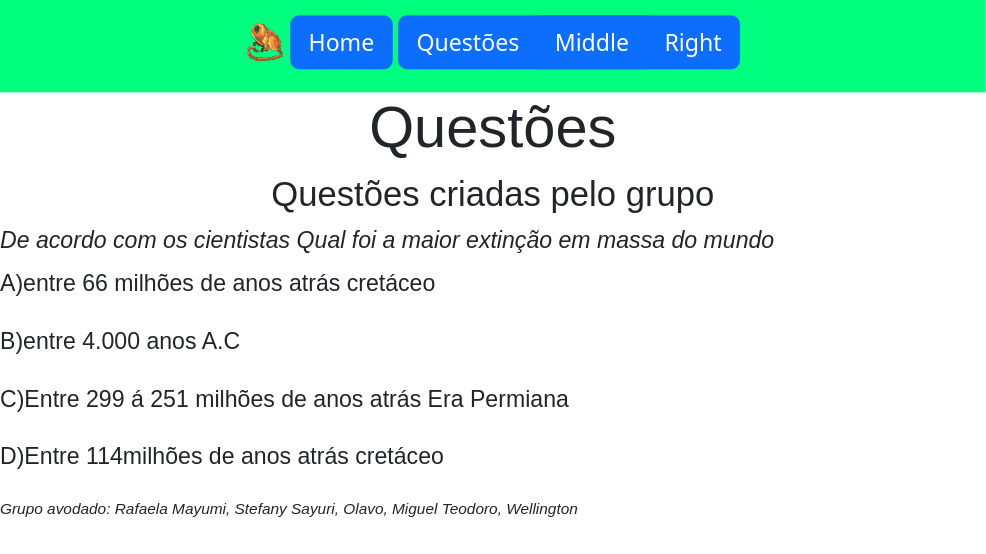
Repository: OlavoSchiavi/Site-de-biologia
Page: quest.html
These files come from the project's save history. The page is drawn as it stood at one moment and after the next save; the edit follows.
The browser window is 1280 px wide. The pictures show the whole page, at 77% of full size.

Above is the page before, as saved 2023-04-18 20:40:05.
Not found: JS/script.js

After the next save:
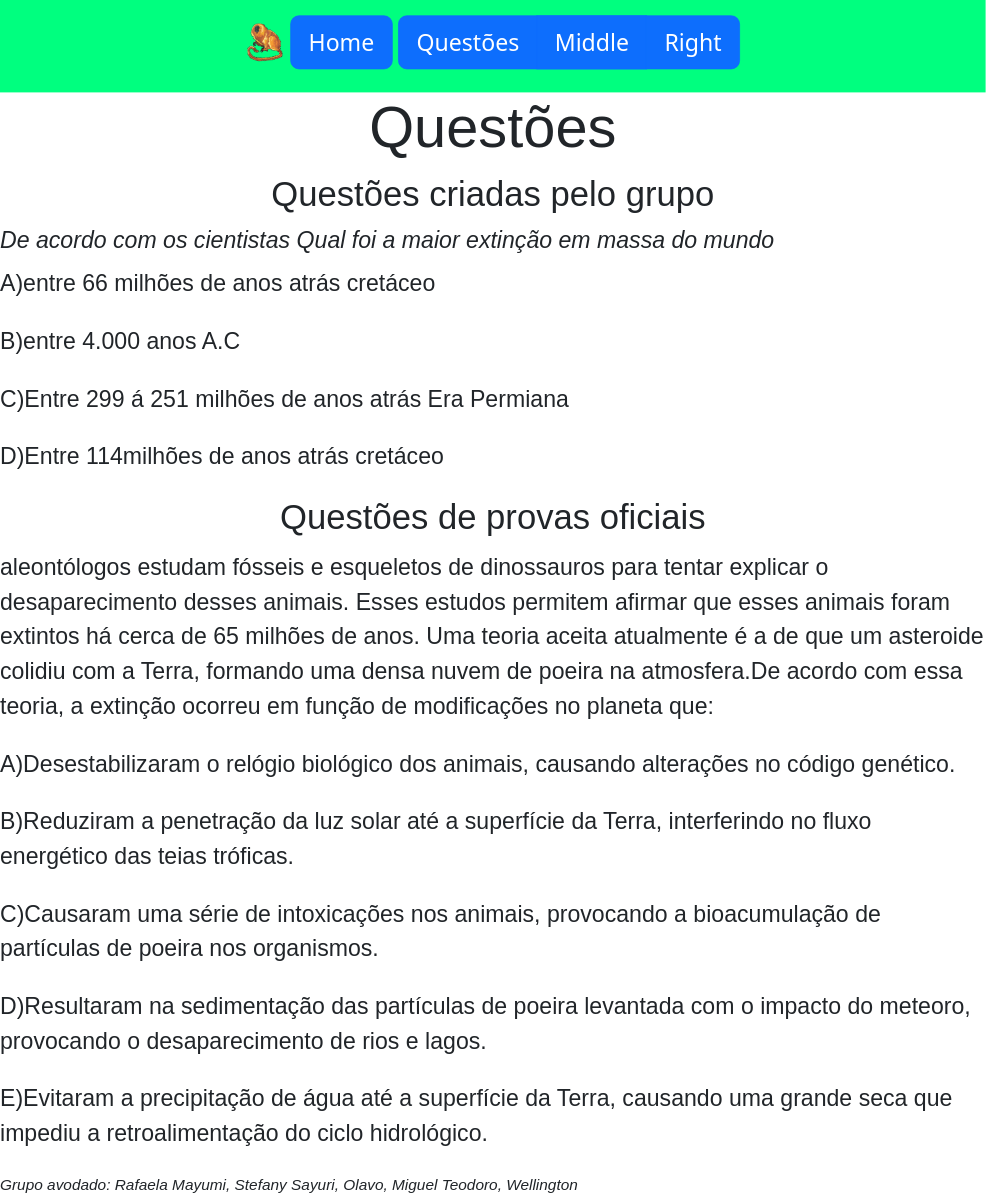
Saved 7 min 55 s later.
--- a/quest.html
+++ b/quest.html
@@ -38,6 +38,14 @@
                 <p>B)entre 4.000 anos A.C</p>
                 <p>C)Entre 299 á 251  milhões de anos atrás Era Permiana</p>
                 <p>D)Entre 114milhões de anos atrás cretáceo</p>
+
+                <h4>Questões de provas oficiais</h4>
+                <p>aleontólogos estudam fósseis e esqueletos de dinossauros para tentar explicar o desaparecimento desses animais. Esses estudos permitem afirmar que esses animais foram extintos há cerca de 65 milhões de anos. Uma teoria aceita atualmente é a de que um asteroide colidiu com a Terra, formando uma densa nuvem de poeira na atmosfera.De acordo com essa teoria, a extinção ocorreu em função de modificações no planeta que:</p>
+                    <p>A)Desestabilizaram o relógio biológico dos animais, causando alterações no código genético.</p>
+                    <p>B)Reduziram a penetração da luz solar até a superfície da Terra, interferindo no fluxo energético das teias tróficas.</p>
+                    <p>C)Causaram uma série de intoxicações nos animais, provocando a bioacumulação de partículas de poeira nos organismos.</p>
+                    <p>D)Resultaram na sedimentação das partículas de poeira levantada com o impacto do meteoro, provocando o desaparecimento de rios e lagos.</p>
+                    <p>E)Evitaram a precipitação de água até a superfície da Terra, causando uma grande seca que impediu a retroalimentação do ciclo hidrológico.</p>
             </section>
         </article>
     </main>
